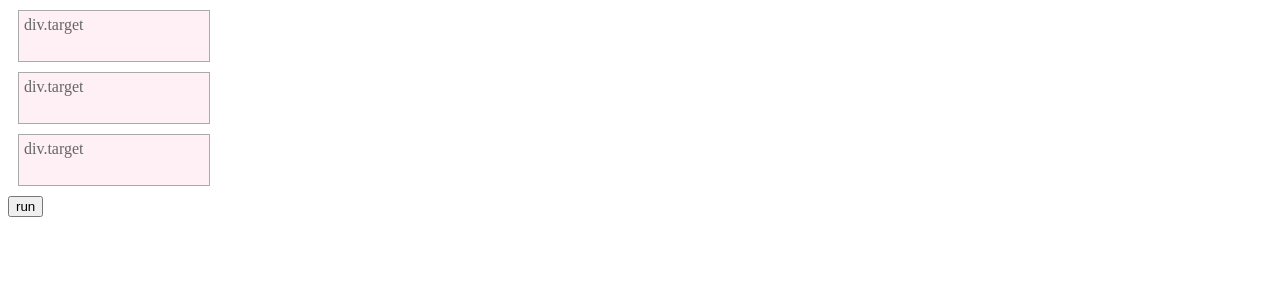
Repository: silenttemplar/java_start_project
Page: hansung_ee_2014/hansung_jquery_exercise/WebContent/select_change_background.html
These files come from the project's save history. The page is drawn as it stood at one moment and after the next save; the edit follows.
The browser window is 1280 px wide. The pictures show the whole page.
After loading, the first visible `input` was clicked once.

Above is the page before, as saved 2014-08-27 06:06:26.

After the next save:
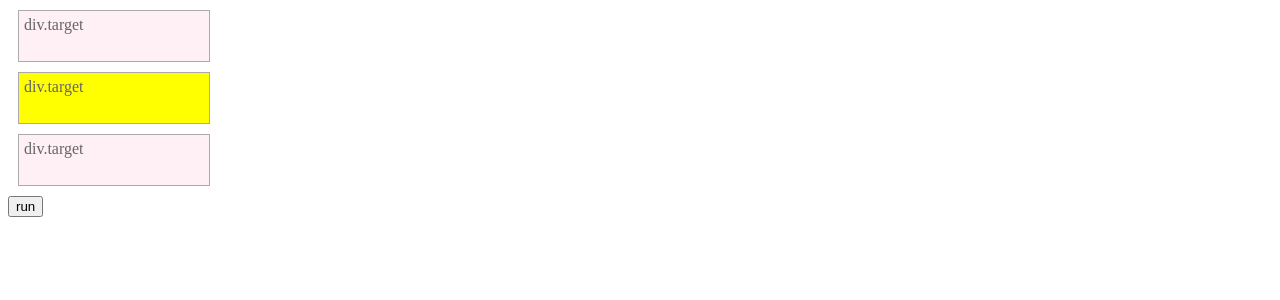
Saved 69 s later.
--- a/hansung_ee_2014/hansung_jquery_exercise/WebContent/select_change_background.html
+++ b/hansung_ee_2014/hansung_jquery_exercise/WebContent/select_change_background.html
@@ -11,7 +11,7 @@
 	 * 함수 : eq(), css()
 	 */
 	function run() {
-		$("#target").eq(1).css("background","yellow");
+		$("div").eq(1).css("background","yellow");
 	}
 </script>
 </head>
